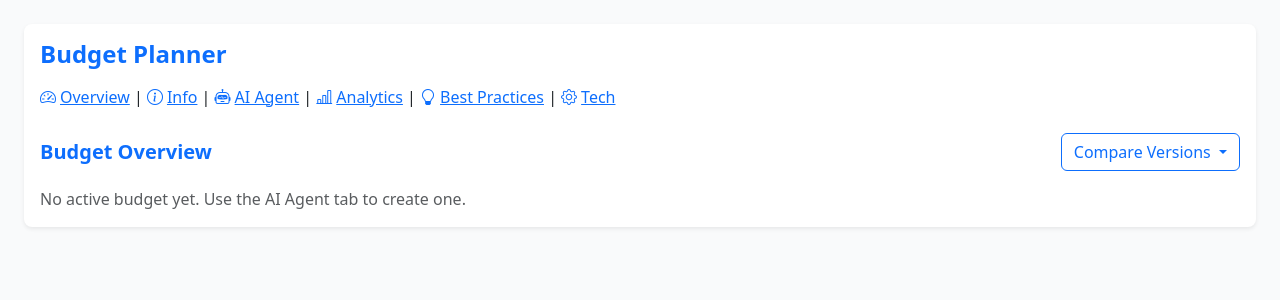
Repository: tonym642/bizcore360-wp
Page: pages/budget.html
These files come from the project's save history. The page is drawn as it stood at one moment and after the next save; the edit follows.
The browser window is 1280 px wide. The pictures show the whole page.

Above is the page before, as saved 2025-10-23 17:43:39.
Console error: SyntaxError: Unexpected token '<'

### pages/budget.html
<!DOCTYPE html>
<html lang="en">
<head>
  <meta charset="UTF-8" />
  <meta http-equiv="Cache-Control" content="no-cache, no-store, must-revalidate" />
  <meta http-equiv="Pragma" content="no-cache" />
  <meta http-equiv="Expires" content="0" />
  <meta name="viewport" content="width=device-width, initial-scale=1" />
  <title>Budget Planner | BizCore360</title>

  <link href="https://cdn.jsdelivr.net/npm/bootstrap@5.3.2/dist/css/bootstrap.min.css" rel="stylesheet">
  <link href="https://cdn.jsdelivr.net/npm/bootstrap-icons@1.11.3/font/bootstrap-icons.css" rel="stylesheet">

  <style>
    body { background-color:#f9fafb; }
    .card { border:none; border-radius:12px; }
    #moduleMenu .btn { border-radius:10px; transition:all .2s ease-in-out; padding:8px 14px; }
    #moduleMenu .btn.active, #moduleMenu .btn:hover { background-color:#f5f8ff; border-color:#0d6efd; color:#0d6efd; }
    .d-none { display:none!important; }
    .dropdown-item { display:flex; justify-content:space-between; align-items:center; }
    .delete-btn { color:#dc3545; font-size:.9rem; margin-left:8px; cursor:pointer; }
    .delete-btn:hover { color:#a71d2a; }
    .info-section h6 { color:#0d6efd; font-weight:600; margin-top:1rem; }
    #main {
  background-color: #fff !important;
}
#main .card,
#main .bg-light {
  background-color: #fff !important;
}

  </style>
</head>

<body>
<div id="budgetModule" class="container-fluid p-4">
  <div class="card shadow-sm rounded-3">
    <div class="card-body">
      <h4 id="moduleTitle" class="fw-semibold text-primary mb-3">Budget Planner</h4>

      <!-- MENU -->
      <nav id="moduleMenu" class="flat-menu mb-4">
        <a href="#" class="menu-link active" data-target="main"><i class="bi bi-speedometer2 me-1"></i>Overview</a> |
        <a href="#" class="menu-link" data-target="info"><i class="bi bi-info-circle me-1"></i>Info</a> |
        <a href="#" class="menu-link" data-target="ai"><i class="bi bi-robot me-1"></i>AI Agent</a> |
        <a href="#" class="menu-link" data-target="analytics"><i class="bi bi-bar-chart-line me-1"></i>Analytics</a> |
        <a href="#" class="menu-link" data-target="best"><i class="bi bi-lightbulb me-1"></i>Best Practices</a> |
        <a href="#" class="menu-link" data-target="tech"><i class="bi bi-gear me-1"></i>Tech</a>
      </nav>

      <!-- OVERVIEW -->
      <div id="main" class="content-section">
        <div class="d-flex justify-content-between align-items-center mb-3">
          <h5 class="fw-semibold text-primary mb-0">Budget Overview</h5>
          <div class="dropdown">
            <button class="btn btn-outline-primary dropdown-toggle" type="button" data-bs-toggle="dropdown">
              Compare Versions
            </button>
            <ul class="dropdown-menu" id="versionList"></ul>
          </div>
        </div>
        <div id="moduleData" class="text-muted">
          No active budget yet. Use the AI Agent tab to create one.
        </div>
      </div>

      <!-- INFO -->
      <div id="info" class="content-section d-none">
        <h5 class="fw-semibold mb-3 text-primary">About the Budget Planner</h5>
        <div class="info-section">
          <h6>Purpose</h6>
          <p>The Budget Planner module is designed to help you clearly understand your company’s financial health,
          forecast cash flow, and make smarter business decisions. Whether you’re managing a startup or a mature
          business, this tool provides a structured way to track income, expenses, and profits month by month.</p>

          <h6>How It Works</h6>
          <p>This module combines a simple visual overview with an integrated AI assistant.
          The <strong>AI Agent</strong> can walk you through the creation of your first budget step by step,
          asking questions about revenue, fixed and variable costs, and growth goals.
          Once the AI generates a suggested plan, you can set it as your <em>active version</em>.
          The system saves that version automatically, so when you visit this module later, your data remains
          visible in the <strong>Overview</strong> tab.</p>

          <h6>Using the Overview</h6>
          <p>The Overview tab displays your active or demo budget in a clean, summarized format.
          You can generate a demo to test layout and presentation, or replace it at any time
          with an AI-generated or manually prepared budget. In future updates, multiple budget
          versions can be stored, compared, and analyzed side by side.</p>

          <h6>Why It Matters</h6>
          <p>Budgeting is one of the most critical pillars of business control.
          It helps you monitor financial discipline, anticipate cash shortfalls,
          and make data-driven decisions before problems occur.
          With consistent use, this module can become the foundation of your financial forecasting
          and strategy sessions.</p>

          <h6>Best Practices</h6>
          <ul>
            <li>Update your budget at least once a month or after major business changes.</li>
            <li>Use the AI Agent to identify potential overspending and underperformance trends.</li>
            <li>Compare results with your actual income and expenses to refine accuracy.</li>
            <li>Review and discuss key figures during leadership or investor meetings.</li>
          </ul>

          <h6>Next Steps</h6>
          <p>To get started, switch to the <strong>AI Agent</strong> tab and follow the guided process.
          Once your first draft is generated, mark it as active. It will automatically appear
          on your Overview page for quick reference.</p>
        </div>
      </div>

      <!-- AI TAB (UPDATED) -->
      <div id="ai" class="content-section d-none">
        <h5 class="fw-semibold mb-3 text-primary">AI Agent</h5>
        <div class="border rounded-3 p-3 bg-light" style="min-height:320px;max-height:500px;overflow-y:auto;" id="chatContainer">
          <div id="chatMessages" class="d-flex flex-column gap-3">
            <p class="text-muted small">Start chatting with the AI to create your first budget.</p>
          </div>
        </div>

        <div class="d-flex justify-content-end gap-2 mt-3">
          <button class="btn btn-outline-secondary" id="generateDemo">
            <i class="bi bi-magic me-1"></i> Generate Sample Budget
          </button>
          <button class="btn btn-success" id="makeActive">
            <i class="bi bi-check-circle me-1"></i> Make Active
          </button>
        </div>

        <div class="d-flex align-items-center mt-3 border rounded-pill px-3 py-2 bg-white shadow-sm position-relative">
          <input type="file" id="fileInput" multiple hidden accept="image/*,.pdf,.doc,.docx,.txt" />
          <button class="btn btn-link text-secondary p-0 me-2" id="chatAdd"><i class="bi bi-plus-circle fs-5"></i></button>
          <input type="text" id="chatInput" class="form-control border-0 flex-grow-1" placeholder="Ask anything..." />
          <button class="btn btn-link text-secondary p-0 ms-2 me-1" id="chatMic"><i class="bi bi-mic fs-5"></i></button>
          <button class="btn btn-light border rounded-circle p-0 d-flex align-items-center justify-content-center shadow-sm me-2"
                  id="chatVoice" style="width:36px;height:36px;" title="Enable Voice Response">
            <i class="bi bi-soundwave fs-5 text-secondary"></i>
          </button>
          <button class="btn btn-primary rounded-circle d-flex align-items-center justify-content-center"
                  id="chatSend" style="width:36px;height:36px;">
            <i class="bi bi-send-fill text-white fs-6"></i>
          </button>
        </div>
      </div>

      <!-- TECH -->
      <div id="tech" class="content-section d-none">
        <h5 class="fw-semibold mb-3 text-primary">Technical Overview</h5>
        <div class="info-section">
          <h6>Architecture</h6>
          <p>This module uses a single-page, client-side architecture for fast navigation and dynamic content loading. All tabs and charts are rendered in the browser, with no page reloads.</p>
          <h6>Core Scripts</h6>
          <p>All logic for tab switching, chart rendering, and AI chat is handled by the <code>initBudgetModule()</code> and <code>setupChat()</code> functions. Chart.js is loaded dynamically for analytics.</p>
          <h6>Data Handling</h6>
          <p>Budget versions and active data are stored in <code>localStorage</code> for offline access and quick retrieval. The AI Agent can generate demo or custom budgets, which are saved and displayed in the Overview tab.</p>
          <h6>Analytics Engine</h6>
          <p>Charts are rendered using Chart.js and update automatically when the Analytics tab is opened. The engine uses sample data for demo purposes and can be extended for live financial data.</p>
          <p class="text-muted mt-4 mb-0"><a href="https://github.com/tonym642/bizcore360" target="_blank">github.com/tonym642/bizcore360</a></p>
        </div>
      </div>

<!-- ANALYTICS -->
<div id="analytics" class="content-section d-none">
  <h5 class="fw-semibold mb-3 text-primary">Analytics</h5>
  <p class="text-muted mb-4">
    A compact visual summary of your financial data — revenue mix, expense allocation, and profit comparison.
  </p>

  <div class="card shadow-sm border-0 rounded-4 mb-4">
    <div class="card-body d-flex justify-content-around flex-wrap text-center">
      <!-- Revenue -->
      <div class="chart-box">
        <h6 class="fw-semibold text-primary mb-2">Revenue</h6>
        <canvas id="revenueChart" width="200" height="150"></canvas>
      </div>

      <!-- Expenses -->
      <div class="chart-box">
        <h6 class="fw-semibold text-primary mb-2">Expenses</h6>
        <canvas id="expensesChart" width="200" height="150"></canvas>
      </div>

      <!-- Profit -->
      <div class="chart-box">
        <h6 class="fw-semibold text-primary mb-2">Profit</h6>
        <canvas id="profitChart" width="200" height="150"></canvas>
      </div>
    </div>
  </div>

  <!-- INSIGHT SUMMARY -->
  <div class="card shadow-sm border-0 rounded-4 mt-4">
    <div class="card-body">
      <h6 class="text-primary fw-semibold mb-3">Insight Summary</h6>
      <ul class="text-muted small mb-0">
        <li>Product sales dominate total revenue at 68%.</li>
        <li>Payroll represents the largest expense at 60% of costs.</li>
        <li>Net profit margin stable at 32% this period.</li>
      </ul>
    </div>
  </div>
</div>

<!-- CHART.JS -->
<script src="https://cdn.jsdelivr.net/npm/chart.js"></script>
<script>
function initBudgetCharts() {
  if (window.budgetChartsLoaded) return;
  window.budgetChartsLoaded = true;

  const baseOpts = {
    responsive: false,
    maintainAspectRatio: true,
    plugins: {
      legend: { display: false },
      tooltip: {
        callbacks: { label: ctx => `$${ctx.parsed.y.toLocaleString()}` }
      }
    },
    scales: {
      x: {
        ticks: { color: "#6c757d", font: { size: 10 } },
        grid: { display: false }
      },
      y: {
        ticks: { display: false },
        grid: { display: false }
      }
    }
  };

  // Revenue chart
  new Chart(document.getElementById("revenueChart"), {
    type: "bar",
    data: {
      labels: ["Product", "Service", "Other"],
      datasets: [{
        data: [18500, 7200, 800],
        backgroundColor: [
          "rgba(13,110,253,0.8)",
          "rgba(25,135,84,0.8)",
          "rgba(255,193,7,0.8)"
        ],
        borderRadius: 6
      }]
    },
    options: baseOpts
  });

  // Expenses chart
  new Chart(document.getElementById("expensesChart"), {
    type: "bar",
    data: {
      labels: ["Payroll", "Rent", "Marketing", "Other"],
      datasets: [{
        data: [9000, 3000, 1200, 1650],
        backgroundColor: [
          "rgba(220,53,69,0.8)",
          "rgba(255,159,64,0.8)",
          "rgba(108,117,125,0.7)",
          "rgba(73,80,87,0.7)"
        ],
        borderRadius: 6
      }]
    },
    options: baseOpts
  });

  // Profit chart
  new Chart(document.getElementById("profitChart"), {
    type: "bar",
    data: {
      labels: ["Profit", "Expenses"],
      datasets: [{
        data: [11650, 14850],
        backgroundColor: [
          "rgba(25,135,84,0.85)",
          "rgba(220,53,69,0.75)"
        ],
        borderRadius: 6
      }]
    },
    options: baseOpts
  });
}

// Initialize when visible
const chartObserver = new MutationObserver(() => {
  const section = document.getElementById("analytics");
  if (section && !section.classList.contains("d-none")) {
    setTimeout(initBudgetCharts, 300);
  }
});
chartObserver.observe(document.body, { childList: true, subtree: true });
</script>

<style>
.chart-box {
  flex: 1 1 200px;
  max-width: 220px;
}
</style>







<!-- BEST PRACTICES -->
<div id="best" class="content-section d-none">
  <h5 class="fw-semibold mb-3 text-primary">Budgeting Best Practices</h5>
  <div class="info-section">
    <h6>1. Set Clear Financial Goals</h6>
    <p>Before building a budget, define measurable goals such as profit targets, emergency reserves, or debt reduction milestones.
    Goals create purpose and guide decision-making when allocating funds.</p>

    <h6>2. Separate Fixed and Variable Costs</h6>
    <p>Track your recurring fixed expenses (like rent and payroll) separately from variable ones (like marketing or supplies).
    This makes it easier to identify which areas can be adjusted in response to revenue changes.</p>

    <h6>3. Use Conservative Revenue Estimates</h6>
    <p>Plan your income projections based on realistic or slightly conservative expectations.
    It’s better to outperform a cautious forecast than to fall short of an overly optimistic one.</p>

    <h6>4. Review and Update Monthly</h6>
    <p>Compare your actual results with your planned figures every month.
    This habit improves forecasting accuracy, reveals inefficiencies, and builds financial awareness across your business.</p>

    <h6>5. Prioritize Cash Flow Awareness</h6>
    <p>Profitability doesn’t guarantee liquidity.
    Monitor cash inflows and outflows to prevent shortfalls and ensure there’s enough working capital for daily operations.</p>

    <h6>6. Collaborate with Your Team</h6>
    <p>Encourage department heads or team leaders to contribute to the budgeting process.
    Their input provides valuable insights and fosters accountability for staying within financial goals.</p>

    <h6>7. Leverage AI Insights</h6>
    <p>Use the <strong>AI Agent</strong> tab to identify spending inefficiencies, analyze cost trends,
    and forecast future results based on your historical data. Automation helps transform your budgeting into a smarter, ongoing process.</p>

    <h6>8. Maintain Flexibility</h6>
    <p>Budgets are living documents.
    Adjust your numbers when new opportunities or challenges arise, and treat your plan as a guide — not a restriction.</p>
  </div>
</div>



<script>
/* ---------- GLOBAL INITIALIZER (works after injection) ---------- */
const budgetObserver = new MutationObserver(() => {
  const mod = document.getElementById('budgetModule');
  if (mod && !window.budgetInitialized) {
    window.budgetInitialized = true;
    initBudgetModule();
    setupChat();
  }
});
budgetObserver.observe(document.body, { childList:true, subtree:true });

function initBudgetModule() {
  const STORAGE_KEY = "budgetVersions";
  const ACTIVE_KEY = "budgetActive";
  const moduleData = document.getElementById("moduleData");
  const versionList = document.getElementById("versionList");

  document.querySelectorAll("#moduleMenu .menu-link").forEach(link => {
    link.addEventListener("click", e => {
      e.preventDefault();
      document.querySelectorAll("#moduleMenu .menu-link").forEach(l => l.classList.remove("active"));
      link.classList.add("active");
      const t = link.dataset.target;
      document.querySelectorAll(".content-section").forEach(s => s.classList.add("d-none"));
      document.getElementById(t).classList.remove("d-none");
    });
  });
<style>
.flat-menu {
  font-size: 15px;
  font-weight: 500;
  color: #6c757d;
  background: none;
  border: none;
  padding: 0;
  margin-bottom: 1.5rem;
}
.flat-menu .menu-link {
  color: #6c757d;
  text-decoration: none;
  padding: 0 6px;
  transition: color 0.2s, text-decoration 0.2s;
}
.flat-menu .menu-link.active {
  color: #0d6efd;
  text-decoration: underline;
}
.flat-menu .menu-link i {
  font-size: 1.1em;
  vertical-align: middle;
  margin-right: 2px;
}
.flat-menu .menu-link:hover {
  color: #0d6efd;
}
</style>

  const loadVersions=()=>JSON.parse(localStorage.getItem(STORAGE_KEY)||"[]");
  const saveVersions=v=>localStorage.setItem(STORAGE_KEY,JSON.stringify(v));
  const renderData=b=>{
    moduleData.innerHTML=`<div class="card bg-light p-3 rounded-3 shadow-sm">
      <h6 class="fw-semibold mb-2 text-primary">${b.name}</h6>
      <p class="small text-muted mb-2">Created: ${new Date(b.timestamp).toLocaleString()}</p>
      <div>${b.output}</div></div>`;
    localStorage.setItem(ACTIVE_KEY,JSON.stringify(b));
  };
  const refreshDropdown=()=>{
    const versions=loadVersions();
    versionList.innerHTML="";
    if(!versions.length){versionList.innerHTML=`<li><span class="dropdown-item text-muted">No saved versions</span></li>`;return;}
    versions.forEach((v,i)=>{
      const li=document.createElement("li");
      li.innerHTML=`<span class="dropdown-item"><span>${v.name}</span>
      <i class="bi bi-trash delete-btn" data-index="${i}" title="Delete"></i></span>`;
      li.querySelector(".dropdown-item").addEventListener("click",e=>{
        if(e.target.classList.contains("delete-btn"))return;
        renderData(v);
      });
      li.querySelector(".delete-btn").addEventListener("click",()=>{
        if(confirm("Delete this version?")){
          versions.splice(i,1); saveVersions(versions); refreshDropdown();
        }
      });
      versionList.appendChild(li);
    });
  };
  const loadActive=()=>{const a=localStorage.getItem(ACTIVE_KEY); if(a)renderData(JSON.parse(a));};

  document.getElementById("generateDemo").addEventListener("click",()=>{
    const demo={name:"Demo Budget - Small Business",timestamp:Date.now(),output:`
      <strong>Revenue:</strong><br>- Product Sales: $18,500<br>- Service Income: $7,200<br>- Other Income: $800<br><br>
      <strong>Operating Expenses:</strong><br>- Rent & Utilities: $3,000<br>- Payroll & Benefits: $9,000<br>- Marketing & Advertising: $1,200<br>- Office Supplies: $350<br>- Insurance: $400<br>- Software Subscriptions: $250<br>- Travel & Meals: $450<br>- Miscellaneous: $200<br><br>
      <strong>Total Expenses:</strong> $14,850<br><strong>Net Profit:</strong> $11,650<br><em>Notes:</em> Strong month with moderate ad spend and lower utility costs.`};
    const v=loadVersions(); v.push(demo); saveVersions(v);
    renderData(demo); refreshDropdown(); document.querySelector('[data-target="main"]').click();
  });

  document.getElementById("makeActive").addEventListener("click",()=>{
    const aiBudget={name:"AI-Generated Budget",timestamp:Date.now(),output:`
      <strong>Revenue:</strong><br>- Product Sales: $20,000<br>- Consulting Services: $5,000<br>- Recurring Subscriptions: $1,200<br><br>
      <strong>Operating Expenses:</strong><br>- Payroll & Benefits: $10,000<br>- Rent & Utilities: $2,800<br>- Marketing & Advertising: $1,000<br>- Software & Licenses: $300<br>- Travel & Meals: $500<br>- Miscellaneous: $150<br><br>
      <strong>Total Expenses:</strong> $14,750<br><strong>Net Profit:</strong> $11,450<br><em>Notes:</em> AI-optimized scenario projecting consistent growth and lower overhead.`};
    const v=loadVersions(); v.push(aiBudget); saveVersions(v);
    renderData(aiBudget); refreshDropdown(); document.querySelector('[data-target="main"]').click();
  });

  refreshDropdown(); loadActive();
  initBudgetCharts();
}

/* ---------- CHAT SYSTEM (Voice + Upload + Speak) ---------- */
function setupChat(){
  const chatMessages=document.getElementById("chatMessages");
  const chatInput=document.getElementById("chatInput");
  const chatSend=document.getElementById("chatSend");
  const chatAdd=document.getElementById("chatAdd");
  const chatMic=document.getElementById("chatMic");
  const chatVoice=document.getElementById("chatVoice");
  const fileInput=document.getElementById("fileInput");

  function addMessage(text,sender="user"){
    const msg=document.createElement("div");
    msg.className=sender==="user"?"align-self-end bg-primary text-white rounded-3 px-3 py-2":"align-self-start bg-secondary-subtle text-dark rounded-3 px-3 py-2";
    msg.style.maxWidth="75%"; msg.innerText=text; chatMessages.appendChild(msg); chatMessages.scrollTop=chatMessages.scrollHeight;
    if(sender==="ai"&&voiceEnabled){
      const utter=new SpeechSynthesisUtterance(text); utter.lang="en-US"; speechSynthesis.speak(utter);
    }
  }
  async function handleSend(){
    const text=chatInput.value.trim(); if(!text)return;
    addMessage(text,"user"); chatInput.value=""; addMessage("🤖 Thinking...","ai");
    setTimeout(()=>{
      const reply=`Here's a helpful suggestion for: "${text}"`;
      chatMessages.lastChild.innerText=reply;
      if(voiceEnabled){const utter=new SpeechSynthesisUtterance(reply); utter.lang="en-US"; speechSynthesis.speak(utter);}
    },1000);
  }
  chatSend.addEventListener("click",handleSend);
  chatInput.addEventListener("keypress",e=>{if(e.key==="Enter"){e.preventDefault();handleSend();}});
  chatAdd.addEventListener("click",()=>fileInput.click());
  fileInput.addEventListener("change",()=>{Array.from(fileInput.files).forEach(f=>addMessage(`📎 Uploaded: ${f.name}`,"user"));fileInput.value="";});

  if("webkitSpeechRecognition"in window||"SpeechRecognition"in window){
    const SR=window.SpeechRecognition||window.webkitSpeechRecognition; const recog=new SR();
    recog.lang="en-US"; recog.interimResults=false;
    chatMic.addEventListener("click",()=>{recog.start();chatMic.classList.add("text-primary");});
    recog.onresult=e=>{const transcript=e.results[0][0].transcript;chatInput.value=transcript;chatMic.classList.remove("text-primary");};
    recog.onerror=()=>chatMic.classList.remove("text-primary");
    recog.onend=()=>chatMic.classList.remove("text-primary");
  } else {chatMic.disabled=true; chatMic.title="Voice input not supported";}
  let voiceEnabled=false;
  chatVoice.addEventListener("click",()=>{
    voiceEnabled=!voiceEnabled;
    if(voiceEnabled){chatVoice.classList.add("bg-primary");chatVoice.querySelector("i").classList.add("text-white");}
    else{chatVoice.classList.remove("bg-primary");chatVoice.querySelector("i").classList.remove("text-white");}
  });
}
</script>
<script src="https://cdn.jsdelivr.net/npm/bootstrap@5.3.2/dist/js/bootstrap.bundle.min.js"></script>
</body>
</html>

After the next save:
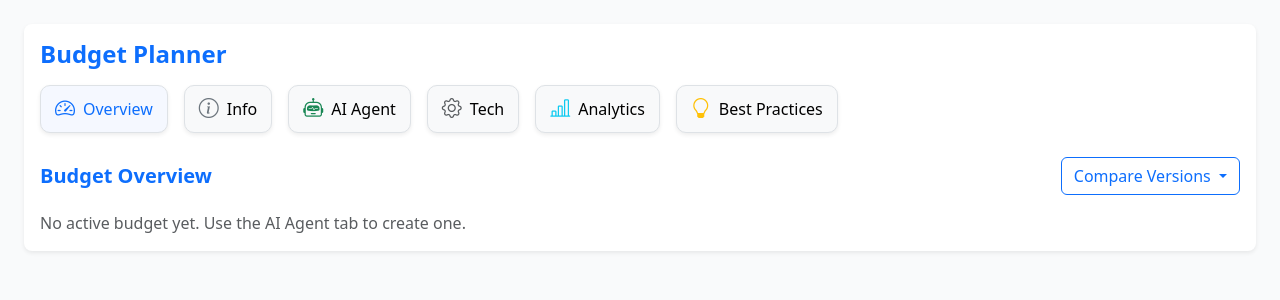
The error is gone.
Saved 43 s later.
--- a/pages/budget.html
+++ b/pages/budget.html
@@ -39,14 +39,26 @@
       <h4 id="moduleTitle" class="fw-semibold text-primary mb-3">Budget Planner</h4>
 
       <!-- MENU -->
-      <nav id="moduleMenu" class="flat-menu mb-4">
-        <a href="#" class="menu-link active" data-target="main"><i class="bi bi-speedometer2 me-1"></i>Overview</a> |
-        <a href="#" class="menu-link" data-target="info"><i class="bi bi-info-circle me-1"></i>Info</a> |
-        <a href="#" class="menu-link" data-target="ai"><i class="bi bi-robot me-1"></i>AI Agent</a> |
-        <a href="#" class="menu-link" data-target="analytics"><i class="bi bi-bar-chart-line me-1"></i>Analytics</a> |
-        <a href="#" class="menu-link" data-target="best"><i class="bi bi-lightbulb me-1"></i>Best Practices</a> |
-        <a href="#" class="menu-link" data-target="tech"><i class="bi bi-gear me-1"></i>Tech</a>
-      </nav>
+      <div class="d-flex flex-wrap gap-3 mb-4" id="moduleMenu">
+        <button class="btn btn-light border shadow-sm d-flex align-items-center gap-2 active" data-target="main">
+          <i class="bi bi-speedometer2 fs-5 text-primary"></i><span class="fw-medium">Overview</span>
+        </button>
+        <button class="btn btn-light border shadow-sm d-flex align-items-center gap-2" data-target="info">
+          <i class="bi bi-info-circle fs-5 text-secondary"></i><span class="fw-medium">Info</span>
+        </button>
+        <button class="btn btn-light border shadow-sm d-flex align-items-center gap-2" data-target="ai">
+          <i class="bi bi-robot fs-5 text-success"></i><span class="fw-medium">AI Agent</span>
+        </button>
+        <button class="btn btn-light border shadow-sm d-flex align-items-center gap-2" data-target="tech">
+          <i class="bi bi-gear fs-5 text-muted"></i><span class="fw-medium">Tech</span>
+        </button>
+        <button class="btn btn-light border shadow-sm d-flex align-items-center gap-2" data-target="analytics">
+          <i class="bi bi-bar-chart-line fs-5 text-info"></i><span class="fw-medium">Analytics</span>
+        </button>
+        <button class="btn btn-light border shadow-sm d-flex align-items-center gap-2" data-target="best">
+          <i class="bi bi-lightbulb fs-5 text-warning"></i><span class="fw-medium">Best Practices</span>
+        </button>
+      </div>
 
       <!-- OVERVIEW -->
       <div id="main" class="content-section">
@@ -145,18 +157,8 @@
 
       <!-- TECH -->
       <div id="tech" class="content-section d-none">
-        <h5 class="fw-semibold mb-3 text-primary">Technical Overview</h5>
-        <div class="info-section">
-          <h6>Architecture</h6>
-          <p>This module uses a single-page, client-side architecture for fast navigation and dynamic content loading. All tabs and charts are rendered in the browser, with no page reloads.</p>
-          <h6>Core Scripts</h6>
-          <p>All logic for tab switching, chart rendering, and AI chat is handled by the <code>initBudgetModule()</code> and <code>setupChat()</code> functions. Chart.js is loaded dynamically for analytics.</p>
-          <h6>Data Handling</h6>
-          <p>Budget versions and active data are stored in <code>localStorage</code> for offline access and quick retrieval. The AI Agent can generate demo or custom budgets, which are saved and displayed in the Overview tab.</p>
-          <h6>Analytics Engine</h6>
-          <p>Charts are rendered using Chart.js and update automatically when the Analytics tab is opened. The engine uses sample data for demo purposes and can be extended for live financial data.</p>
-          <p class="text-muted mt-4 mb-0"><a href="https://github.com/tonym642/bizcore360" target="_blank">github.com/tonym642/bizcore360</a></p>
-        </div>
+        <h5 class="fw-semibold mb-3 text-primary">Technical Data</h5>
+        <pre id="techData" class="small bg-light p-3 rounded-3"></pre>
       </div>
 
 <!-- ANALYTICS -->
@@ -365,45 +367,15 @@ function initBudgetModule() {
   const moduleData = document.getElementById("moduleData");
   const versionList = document.getElementById("versionList");
 
-  document.querySelectorAll("#moduleMenu .menu-link").forEach(link => {
-    link.addEventListener("click", e => {
-      e.preventDefault();
-      document.querySelectorAll("#moduleMenu .menu-link").forEach(l => l.classList.remove("active"));
-      link.classList.add("active");
-      const t = link.dataset.target;
-      document.querySelectorAll(".content-section").forEach(s => s.classList.add("d-none"));
+  document.querySelectorAll("#moduleMenu button").forEach(btn=>{
+    btn.addEventListener("click",()=>{
+      document.querySelectorAll("#moduleMenu button").forEach(b=>b.classList.remove("active"));
+      btn.classList.add("active");
+      const t=btn.dataset.target;
+      document.querySelectorAll(".content-section").forEach(s=>s.classList.add("d-none"));
       document.getElementById(t).classList.remove("d-none");
     });
   });
-<style>
-.flat-menu {
-  font-size: 15px;
-  font-weight: 500;
-  color: #6c757d;
-  background: none;
-  border: none;
-  padding: 0;
-  margin-bottom: 1.5rem;
-}
-.flat-menu .menu-link {
-  color: #6c757d;
-  text-decoration: none;
-  padding: 0 6px;
-  transition: color 0.2s, text-decoration 0.2s;
-}
-.flat-menu .menu-link.active {
-  color: #0d6efd;
-  text-decoration: underline;
-}
-.flat-menu .menu-link i {
-  font-size: 1.1em;
-  vertical-align: middle;
-  margin-right: 2px;
-}
-.flat-menu .menu-link:hover {
-  color: #0d6efd;
-}
-</style>
 
   const loadVersions=()=>JSON.parse(localStorage.getItem(STORAGE_KEY)||"[]");
   const saveVersions=v=>localStorage.setItem(STORAGE_KEY,JSON.stringify(v));
